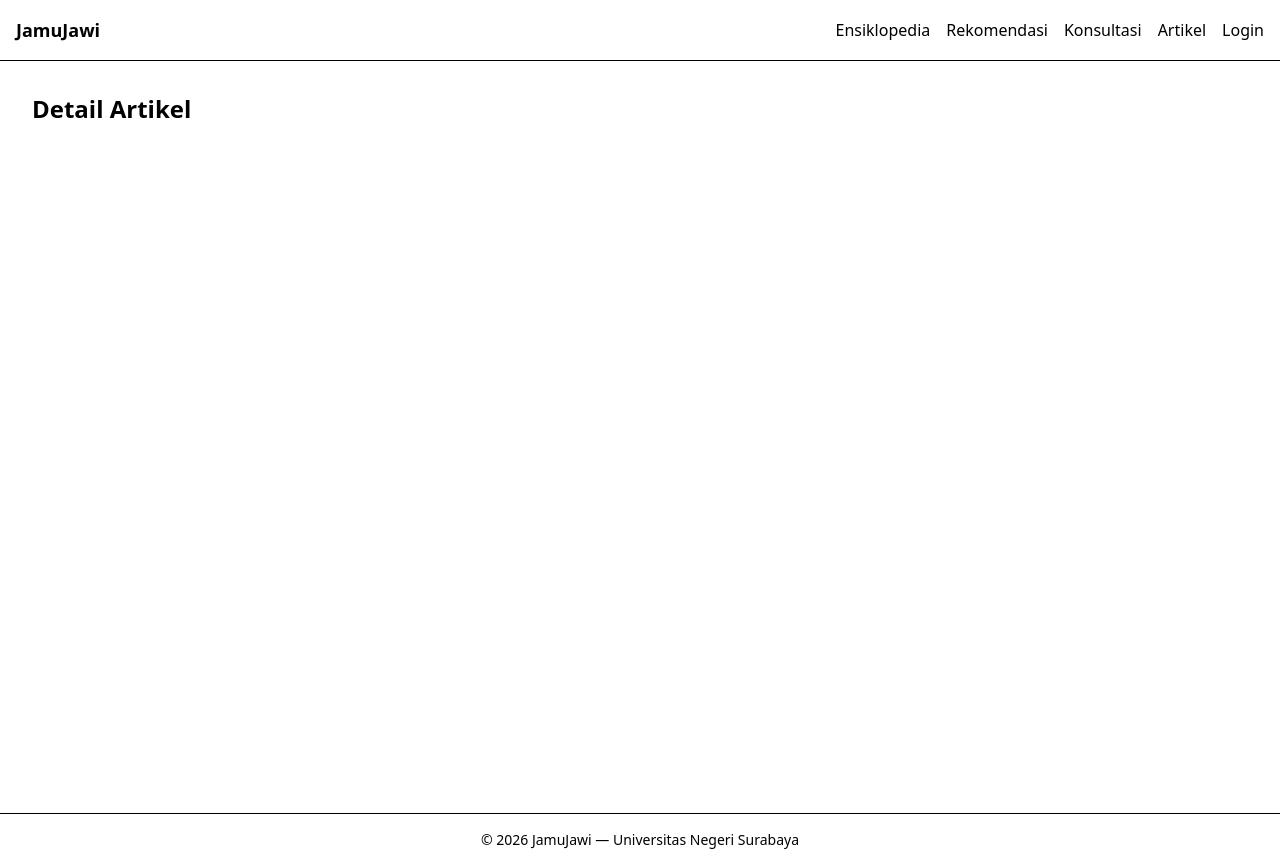
Repository: VergiMutiaRahmasyani/JampiJawi
Page: /register
These files come from the project's save history. The page is drawn as it stood at one moment and after a run of saves; the edit follows.
The browser window is 1280 px wide. The pictures show the whole page.
The project was rebuilt for these pictures with package versions that can differ from the ones it lists, and the page was loaded fresh each time. Also part of the build but not shown: vite.config.js, src/components/shared/ProtectedRoute.jsx, src/pages/HomePage.jsx, src/pages/LoginPage.jsx, src/pages/EnsiklopediaPage.jsx, src/pages/DetailHerbalPage.jsx, src/pages/RekomendasiPage.jsx, src/pages/HasilRekomendasiPage.jsx and 5 more.

Above is the page before, as saved 2026-09-09 16:29:26.

### index.html
<!doctype html>
<html lang="en">
  <head>
    <meta charset="UTF-8" />
    <link rel="icon" type="image/svg+xml" href="/favicon.svg" />
    <meta name="viewport" content="width=device-width, initial-scale=1.0" />
    <title>jampijawi</title>
  </head>
  <body>
    <div id="root"></div>
    <script type="module" src="/src/main.jsx"></script>
  </body>
</html>

### src/App.jsx
import { BrowserRouter, Routes, Route } from "react-router-dom";
import { AuthProvider } from "./context/AuthContext";
import Navbar from "./components/layout/Navbar";
import Footer from "./components/layout/Footer";
import ProtectedRoute from "./components/shared/ProtectedRoute";

import HomePage from "./pages/HomePage";
import LoginPage from "./pages/LoginPage";
import RegisterPage from "./pages/RegisterPage";
import EnsiklopediaPage from "./pages/EnsiklopediaPage";
import DetailHerbalPage from "./pages/DetailHerbalPage";
import RekomendasiPage from "./pages/RekomendasiPage";
import HasilRekomendasiPage from "./pages/HasilRekomendasiPage";
import KonsultasiPage from "./pages/KonsultasiPage";
import ArtikelPage from "./pages/ArtikelPage";
import DetailArtikelPage from "./pages/DetailArtikelPage";
import RiwayatPage from "./pages/RiwayatPage";
import ProfilPage from "./pages/ProfilPage";

function App() {
  return (
    <BrowserRouter>
      <AuthProvider>
        <Navbar />
        <main className="min-h-screen">
          <Routes>
            <Route path="/" element={<HomePage />} />
            <Route path="/login" element={<LoginPage />} />
            <Route path="/register" element={<RegisterPage />} />

            <Route path="/ensiklopedia" element={<EnsiklopediaPage />} />
            <Route path="/ensiklopedia/:slug" element={<DetailHerbalPage />} />

            <Route path="/rekomendasi" element={<RekomendasiPage />} />
            <Route path="/rekomendasi/hasil/:id" element={<HasilRekomendasiPage />} />

            <Route path="/konsultasi" element={<KonsultasiPage />} />

            <Route path="/artikel" element={<ArtikelPage />} />
            <Route path="/artikel/:slug" element={<DetailArtikelPage />} />

            <Route
              path="/riwayat"
              element={
                <ProtectedRoute>
                  <RiwayatPage />
                </ProtectedRoute>
              }
            />
            <Route
              path="/profil"
              element={
                <ProtectedRoute>
                  <ProfilPage />
                </ProtectedRoute>
              }
            />
          </Routes>
        </main>
        <Footer />
      </AuthProvider>
    </BrowserRouter>
  );
}

export default App;

### src/context/AuthContext.jsx
import { createContext, useContext, useState, useEffect } from "react";

const AuthContext = createContext(undefined);

export function AuthProvider({ children }) {
  const [user, setUser] = useState(null);
  const [token, setToken] = useState(null);
  const [isLoading, setIsLoading] = useState(true);

  useEffect(() => {
    const storedToken = localStorage.getItem("jamujawi_token");
    const storedUser = localStorage.getItem("jamujawi_user");
    if (storedToken && storedUser) {
      setToken(storedToken);
      setUser(JSON.parse(storedUser));
    }
    setIsLoading(false);
  }, []);

  const login = (newToken, newUser) => {
    localStorage.setItem("jamujawi_token", newToken);
    localStorage.setItem("jamujawi_user", JSON.stringify(newUser));
    setToken(newToken);
    setUser(newUser);
  };

  const logout = () => {
    localStorage.removeItem("jamujawi_token");
    localStorage.removeItem("jamujawi_user");
    setToken(null);
    setUser(null);
  };

  return (
    <AuthContext.Provider value={{ user, token, login, logout, isLoading }}>
      {children}
    </AuthContext.Provider>
  );
}

export function useAuth() {
  const context = useContext(AuthContext);
  if (!context) throw new Error("useAuth must be used within AuthProvider");
  return context;
}

### src/components/layout/Navbar.jsx
import { Link } from "react-router-dom";
import { useAuth } from "../../context/AuthContext";

export default function Navbar() {
  const { user, logout } = useAuth();

  return (
    <nav className="flex items-center justify-between p-4 border-b">
      <Link to="/" className="font-bold text-lg">JamuJawi</Link>
      <div className="flex gap-4 items-center">
        <Link to="/ensiklopedia">Ensiklopedia</Link>
        <Link to="/rekomendasi">Rekomendasi</Link>
        <Link to="/konsultasi">Konsultasi</Link>
        <Link to="/artikel">Artikel</Link>
        {user ? (
          <>
            <Link to="/riwayat">Riwayat</Link>
            <Link to="/profil">Profil</Link>
            <button onClick={logout} className="text-red-600">Logout</button>
          </>
        ) : (
          <Link to="/login">Login</Link>
        )}
      </div>
    </nav>
  );
}

### src/components/layout/Footer.jsx
export default function Footer() {
  return (
    <footer className="p-4 text-center text-sm border-t mt-8">
      © 2026 JamuJawi — Universitas Negeri Surabaya
    </footer>
  );
}

### src/pages/RegisterPage.jsx
export default function DetailArtikelPage() {
  return (
    <div className="p-8">
      <h1 className="text-2xl font-bold">Detail Artikel</h1>
    </div>
  );
}

Loaded but not shown: src/main.jsx (common file); src/index.css (common file)

After the next 2 saves:
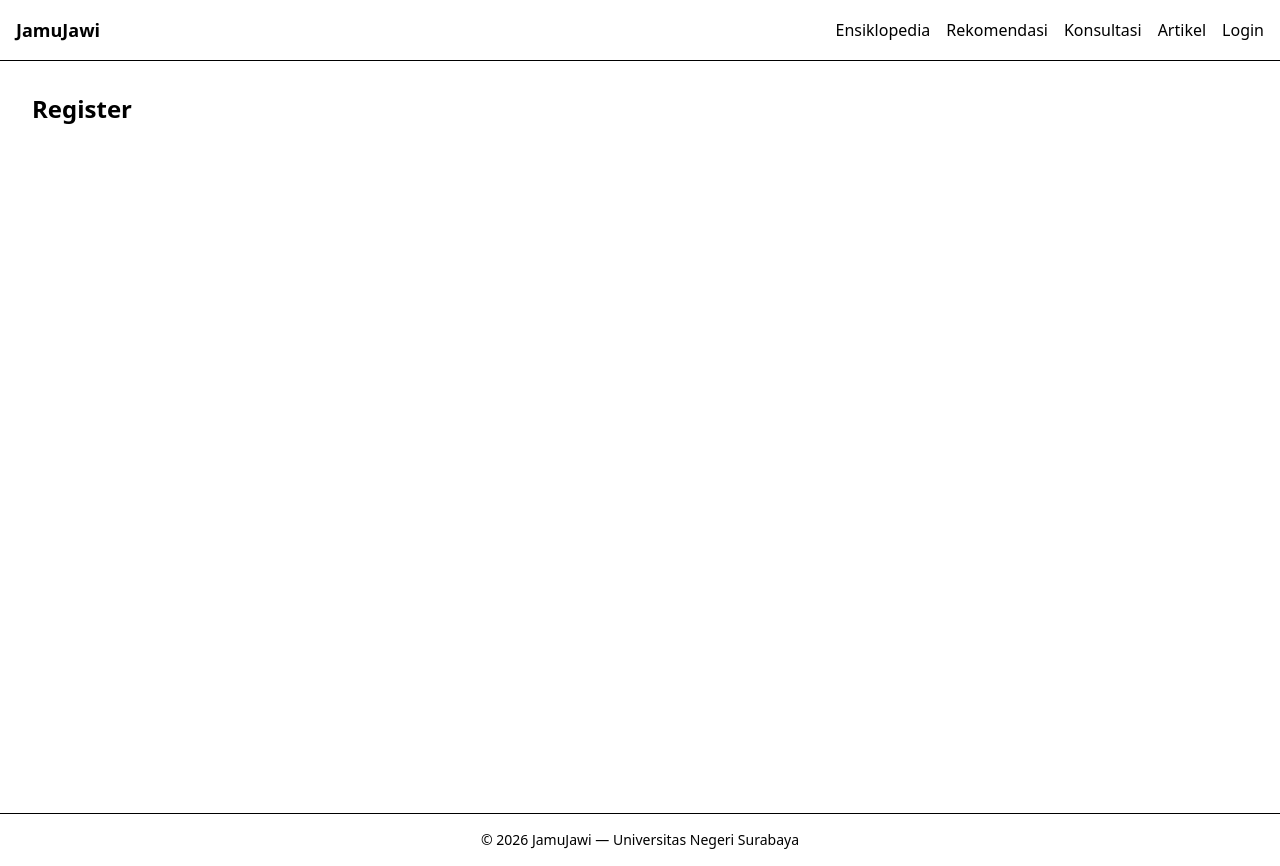
The 2 saves are shown as one change because they came seconds apart.
The last was saved 6 s later.
--- a/src/pages/RegisterPage.jsx
+++ b/src/pages/RegisterPage.jsx
@@ -1,7 +1,7 @@
-export default function DetailArtikelPage() {
+export default function RegisterPage() {
   return (
     <div className="p-8">
-      <h1 className="text-2xl font-bold">Detail Artikel</h1>
+      <h1 className="text-2xl font-bold">Register</h1>
     </div>
   );
 }
